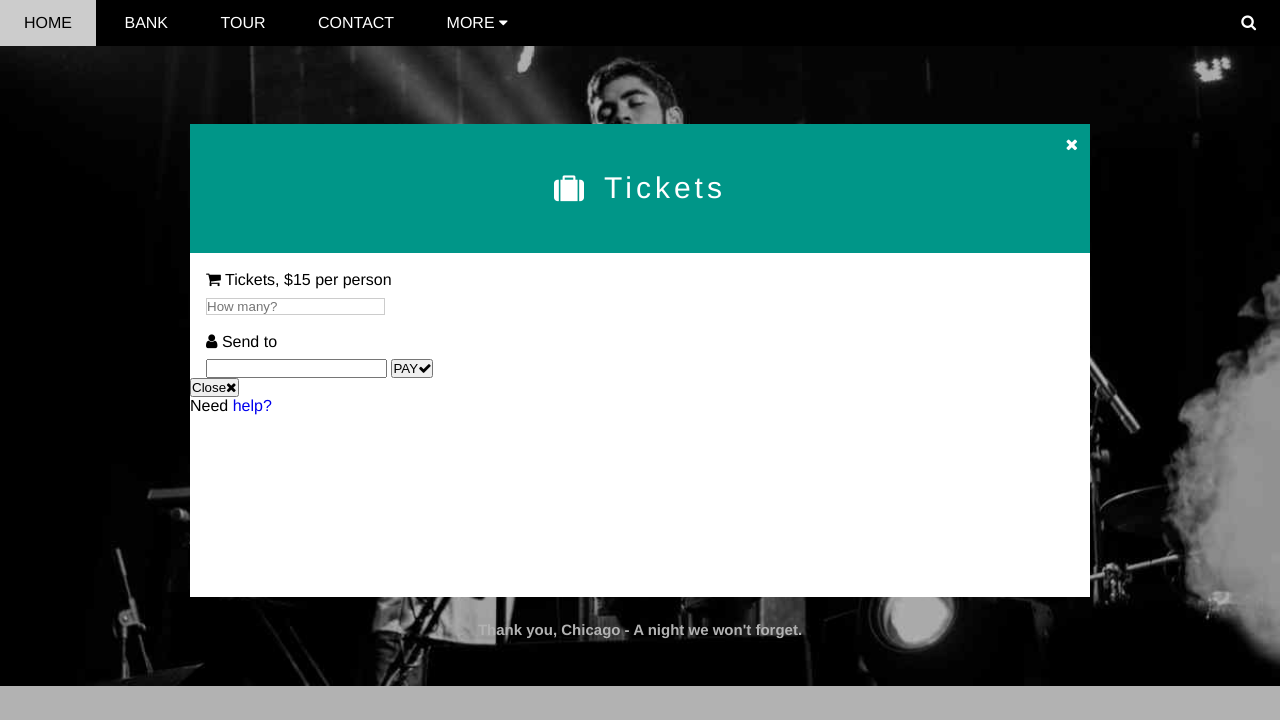
Repository: vuongtm1999/TheBand_W3School
Page: index.html
These files come from the project's save history. The page is drawn as it stood at one moment and after the next save; the edit follows.
The browser window is 1280 px wide. The pictures show the window.
A layer covers the whole window, so only the first screen is drawn.

Above is the page before, as saved 2022-08-27 15:24:15.

### index.html
<!DOCTYPE html>
<html lang="en">
<head>
    <meta charset="UTF-8">
    <meta http-equiv="X-UA-Compatible" content="IE=edge">
    <meta name="viewport" content="width=device-width, initial-scale=1.0">
    <title>Document</title>
    <link rel="stylesheet" href="./assets/css/style.css">
    <link rel="stylesheet" href="https://cdnjs.cloudflare.com/ajax/libs/font-awesome/4.7.0/css/font-awesome.min.css">

</head>
<body>
        <div id="header">
            <!-- begin: nav -->
            <ul id="nav">
                <li><a href="#">Home</a></li>
                <li><a href="#">Bank</a></li>
                <li><a href="#">Tour</a></li>
                <li><a href="#">Contact</a></li>
                <li>
                    <a href="#">More <i style="font-size: 15px;" class="fa fa-caret-down"></i></a>
                    <ul class="subnav">
                        <li><a href="#">Merchandise</a></li>
                        <li><a href="#">Extras</a></li>
                        <li><a href="#">Media</a></li>
                    </ul>
                </li>
            </ul>
            <!-- end: nav -->

            <!-- begin: search button -->
            <div class="search-button">
                <i class="fa fa-search"></i>
            </div>
            <!-- end: search button -->
        </div>

        <div id="slider">
            <div class="text-content">
                <div class="container">
                    <h3 class=text-heading>
                        Chicago
                    </h3>
                    <div class="text-description">
                        Thank you, Chicago - A night we won't forget.
                    </div>
                </div>
            </div>
        </div>

        <div id="content">
            <!-- about section -->
            <div class="content-section">
                <h2 class="section-heading">THE BAND</h2>
                <p class="section-sub-heading">We love music</p>
                <p class="section-about-text">We have created a fictional band website. Lorem ipsum dolor sit amet, consectetur adipiscing elit, sed do eiusmod tempor incididunt ut labore et dolore magna aliqua. Ut enim ad minim veniam, quis nostrud exercitation ullamco laboris nisi ut aliquip ex ea commodo consequat. Duis aute irure dolor in reprehenderit in voluptate velit esse cillum dolore eu fugiat nulla pariatur. Excepteur sint occaecat cupidatat non proident, sunt in culpa qui officia deserunt mollit anim id est laborum consectetur adipiscing elit, sed do eiusmod tempor incididunt ut labore et dolore magna aliqua. Ut enim ad minim veniam, quis nostrud exercitation ullamco laboris nisi ut aliquip ex ea commodo consequat.</p>

                <div class="member-list">

                    <div class="member-item">
                        <p class="member-name">Name</p>
                        <img class="member-image" src="assets/img/bandmember.jpg" alt="member">
                    </div>

                    <div class="member-item">
                        <p class="member-name">Name</p>
                        <img class="member-image" src="assets/img/bandmember.jpg" alt="member">
                    </div>

                    <div class="member-item">
                        <p class="member-name">Name</p>
                        <img class="member-image" src="assets/img/bandmember.jpg" alt="member">
                    </div>

                    <div class="clearFloat"></div>
                </div>
            </div>

            <!-- TOUR DATES section -->
            <div class="tour-section">
                <div class="content-section">
                    <h2 class="section-heading">THE BAND</h2>
                    <p class="section-sub-heading">We love music</p>

                    <ul class="ticket-list">
                        <li>September <span class="soldout">Sold out</span></li>
                        <li>October <span class="soldout">Sold out</span></li>
                        <li>November <span class="quantity">3</span></li>
                    </ul>

                    <div class="place-ticket">

                        <div class="place-item">
                            <img src="assets/img/place/newyork.jpg" alt="img-ticket" class="place-img">
                            <div class="place-body">
                                <h3 class="place-city">New York</h3>
                                <p class="place-time">Fri 27 Nov 2016</p>
                                <p class="place-description">Praesent tincidunt sed tellus ut rutrum sed vitae justo.</p>
                                <a href="#" class="place-buy-tickets">Buy tickets</a>
                            </div>
                        </div>

                        <div class="place-item">
                            <img src="assets/img/place/newyork.jpg" alt="img-ticket" class="place-img">
                            <div class="place-body">
                                <h3 class="place-city">New York</h3>
                                <p class="place-time">Fri 27 Nov 2016</p>
                                <p class="place-description">Praesent tincidunt sed tellus ut rutrum sed vitae justo.</p>
                                <a href="#" class="place-buy-tickets">Buy tickets</a>
                            </div>
                        </div>

                        <div class="place-item">
                            <img src="assets/img/place/newyork.jpg" alt="img-ticket" class="place-img">
                            <div class="place-body">
                                <h3 class="place-city">New York</h3>
                                <p class="place-time">Fri 27 Nov 2016</p>
                                <p class="place-description">Praesent tincidunt sed tellus ut rutrum sed vitae justo.</p>
                                <a href="#" class="place-buy-tickets">Buy tickets</a>
                            </div>
                        </div>

                        <div class="clearFloat"></div>
                    </div>
                </div>
            </div>



            <!-- CONTACT section -->
            <div class="content-section">
                <h2 class="section-heading">THE BAND</h2>
                <p class="section-sub-heading">We love music</p>
            </div>

        </div>

        <!-- Modal dialog -->
        <div id="modal">
            <div class="modal-container">
                <i class="fa fa-times close-icon" aria-hidden="true"></i>
                <header class="modal-header">
                    <i class="fa fa-suitcase mr-5"></i>
                     Tickets
                </header>
                <div class="modal-body">
                    <label for="quantity-sticket" class="modal-label">
                        <i class="fa fa-shopping-cart" aria-hidden="true"></i>
                        Tickets, $15 per person
                    </label>
                    <input type="text" id="quantity-sticket" class="quantity-sticketet" placeholder="How many?">

                    <label for="send-to-sticket" class="modal-label">
                        <i class="fa fa-user" aria-hidden="true"></i>
                        Send to
                    </label>
                    <input type="text" id="send-to-sticket" class="send-to-sticket" class=placeholder="Enter email">

                    <button id="btn-pay">PAY<i class="fa fa-check" aria-hidden="true"></i></button>
                </div>

                <div class="modal-footer">
                    <button>Close<i class="fa fa-times" aria-hidden="true"></i></button>

                    <div>Need <a href="#" id="btn-help">help?</a></div>
                </div>
            </div>
        </div>

        <div id="footer">

        </div>
    </div>
</body>
</html>

### assets/css/style.css
/* reset CSS */
* {
    margin: 0;
    padding: 0;
    box-sizing: border-box;
}

html {
    font-family: Helvetica, Arial, sans-serif;
}

#nav, .subnav, li{
    list-style-type: none;
}

#nav{
    display: inline-block;
}

/*
Nguyen tac lam viec
1. Vi tri
2. Kich thuoc
3. Mau sac
4. Kieu dang (kieu chu, hinh tron hay hinh vuong,...)
*/

/*
Tu ngoai vao trong
Tu tren xuong duoi
TU tong quan den chi tiet
 */

#main {}

#header {
    position: fixed;
    z-index: 1;
    height: 46px;
    background-color: #000;
    color: #fff;
    top: 0;
    left: 0;
    right: 0;
}

#nav li {
    text-decoration: none;
    line-height: 46px;
}

a{
    text-decoration: none;
}

#nav > li > a {
    /* display: inline-block; */
    padding: 0px 24px;
    color: #ffffff;
    text-transform: uppercase;
}

#nav > li {
    display: inline-block;
}

#nav li:last-child {
    position: relative;
}

#nav .subnav {
    background-color: #fff;
    position: absolute;
    display: none;
    top: 100%;
    left: 0;
    box-shadow:  0px 0px 10px rgba(0, 0, 0, 0.3);
    min-width: 160px;
}

#nav .subnav a{
    color: #000;
    padding: 0px 12px;
    line-height: 30px;
    display: inline-block;
    width: 100%;
}

#nav .subnav li:hover,
#nav > li:hover > a {
    color: #000;
    background-color: #ccc;
    display: block;
}

#nav > li:last-child:hover .subnav{
    display: block;
}

/* search btn */
#header .search-button{
    float: right;
    line-height: 46px;
    padding: 0 24px;
}

#header .search-button:hover{
    background-color: #f44336;
    cursor: pointer;
}

#slider {
    /* background-color: rgb(27, 22, 22); */
    margin-top: 46px;
/* padding-top bang 50% chieu rong cua thanh phan do */
    padding-top: 50%;
    position: relative;
    background: url("/assets/img/chicago.jpg") top center / cover no-repeat;
}

#slider .text-content{
    position: absolute;
    color: white;
    bottom: 48px;

    /* cach 1 */
    /* left: 50%;
    transform: translateX(-50%); */
    /* cach 2 */
    /* left: 0;
    right: 0; */
    /* cach 3 */
    width: 100%;
    text-align: center;
}

.text-heading{
    font-size: 24px;
    font-weight: 400;
}

.text-description{
    margin-top: 25px;
    font-weight: bolder;
    font-size: 15px;
}

#content .content-section{
    width: 800px;
    padding: 64px 0;
    margin-left: auto;
    margin-right: auto;
}

.content-section .section-heading,
.content-section .section-about-text{
    margin: 15px 0px;
}

.content-section .section-heading,
.content-section .section-sub-heading{
    text-align: center;
}

.content-section .section-sub-heading{
    font-size: 15px;
    opacity: 0.7;
    font-style: italic;
}

.content-section .section-heading{
    font-size: 30px;
    font-weight: 500;
    letter-spacing: 4px;
}

.content-section .section-about-text{
    /* line-height khong co px */
    line-height: 1.5;
    font-size: 15px;
    text-align: justify;
}

.content-section .member-item{
    float: left;
    width: calc(100%/3);

    /* width: 33.333%; */
}

.content-section .member-list{
    margin: 32px 0;
    text-align: center;

    /* Khac phuc khi dung float :left */
    /* overflow: hidden; */
}

.content-section .member-name{
    /* text-align: center; */
}

.content-section .member-name{
    margin: 15px 0;
}

.content-section .member-image{
    width: 154px;
    border-radius: 4px;
}

.content-section .clearFloat{
    /* Khac phuc khi dung float :left */
    clear: both;
}

/* Tour section */
.tour-section{
    background-color: #000;
}

/*  begin: tour section */
.section-heading,
.section-sub-heading{
    color: white;
}

.ticket-list{
    background-color: white;
}

.ticket-list > li{
    font-size: 15px;
    padding: 12px;
    border-bottom: 1px solid #ddd;
    color: #757575;
}

.soldout{
    background-color: #f44336;
    padding: 6px;
    margin-left: 16px;
    color: #fff;
}

.quantity{
    float: right;
    margin-right: 16px;
    background-color: #000;
    width: 24px;
    height: 24px;
    border-radius: 50%;
    color: white;
    text-align: center;
    line-height: 24px;
    margin-top: -3px;
}

/* place-ticket */
.place-ticket{
    /* margin-top: 32px; */
    padding-top: 32px;
    margin-left: -8px;
    margin-right: -8px;
}

.place-item{
    float: left;
    width: 33.3333%;
    padding: 0 8px;
}

.place-img{
    width: 100%;
    display: block;
}

.place-img:hover{
    opacity: 0.7;
}

.place-body{
    background-color: white;
    color: rgb(1, 1, 1);
    padding: 16px;
}

.place-city{
    font-weight: 550;
}

.place-time{
    opacity: 0.8;
    margin: 15px 0;
}

.place-description{
    margin: 15px 0;
    line-height: 1.5;
}

.place-buy-tickets{
    background-color: #000;
    padding: 8px 16px;
    color: white;
    display: inline-block;
}

.place-buy-tickets:hover{
    background-color: #ccc;
    color: #000;
}

/* modal dialog */
#modal{
    position: fixed;
    background-color: rgba(0, 0, 0, 0.3);
    top: 0;
    left: 0;
    right: 0;
    bottom: 0;

    display: flex;
    align-items: center;
    justify-content: center;
}

.modal-container{
    background-color: #fff;
    width: 900px;
    min-height: 473px;
    position: relative;
}

.modal-header {
    height: 129px;
    background-color: #009688;
    display: flex;
    align-items: center;
    justify-content: center;
    letter-spacing: 4px;
    font-weight: 400;
    font-size: 30px;
    color: #fff;
}

.mr-5{
    margin-right: 16px;
}
.close-icon{
    position: absolute;
    top: 0;
    right: 0;
    padding: 12px;
    color: #fff;
}

.close-icon:hover{
    background-color: #ccc;
    color: #000
}

.modal-body {
    padding: 0 16px;
}

.modal-label{
    display: block;
    margin: 18px 0 8px 0;
}

.quantity-sticketet{
    border: 1px solid #ccc;
    padding: 8;
}



#container {
    /* height: 500px;
    background-color: #ccc; */
}

#content {}

#footer {}

After the next save:
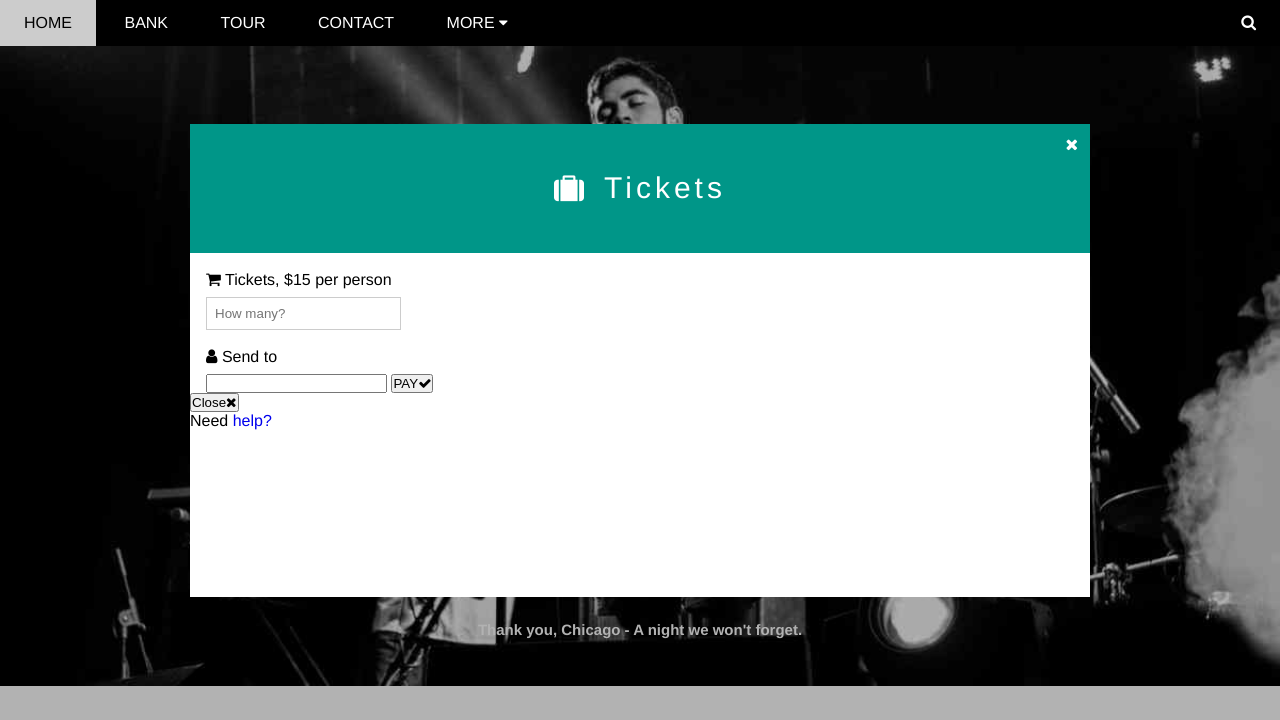
Saved 13 s later.
--- a/assets/css/style.css
+++ b/assets/css/style.css
@@ -371,7 +371,7 @@ a{
 
 .quantity-sticketet{
     border: 1px solid #ccc;
-    padding: 8;
+    padding: 8px;
 }
 
 
